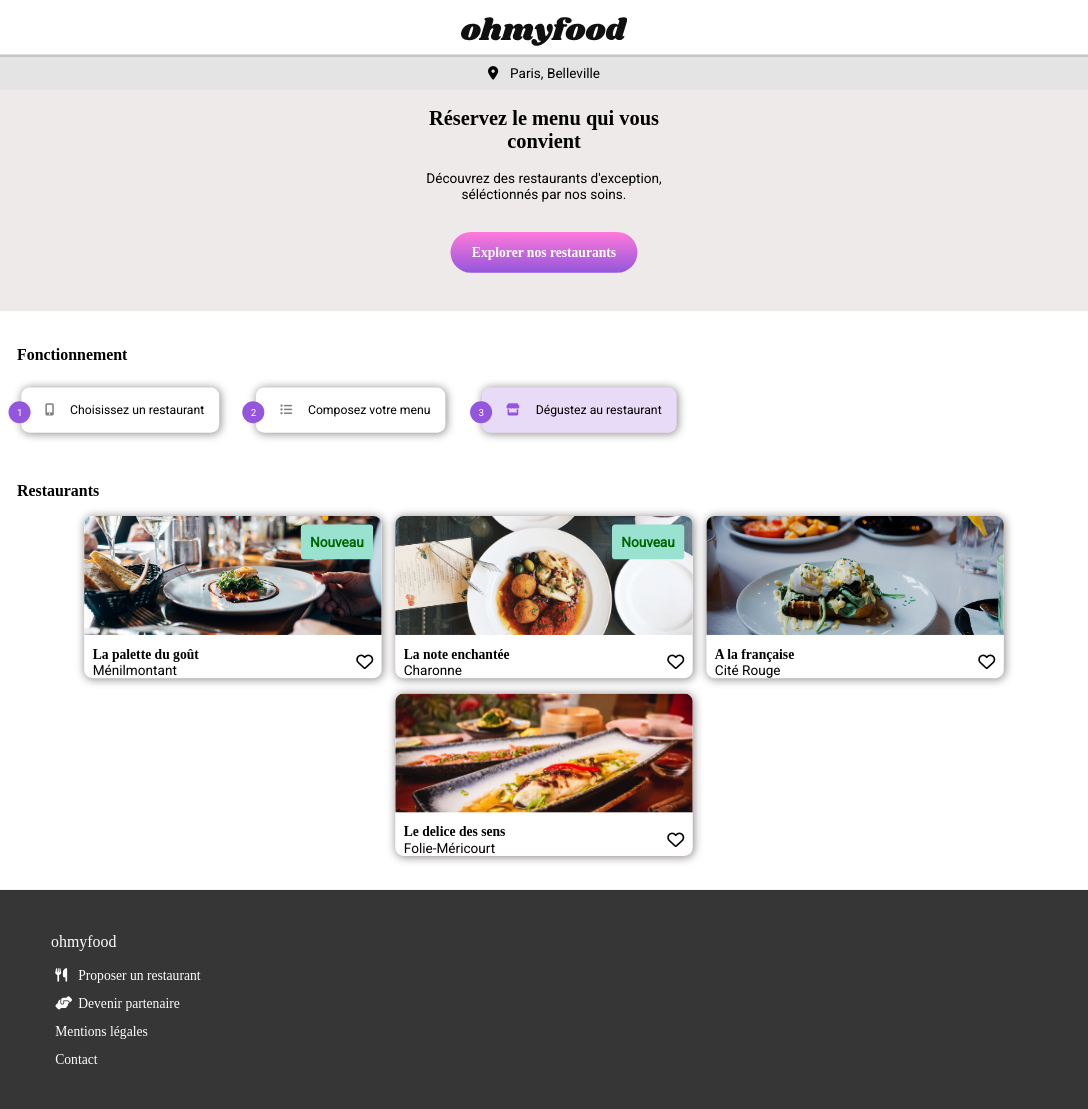
Repository: Micka-17/boimickael_3_16042021
Page: index.html
An editor plug-in stored every save of this project. The page is shown before and after the next save, followed by the edit.
The browser window is 1280 px wide. The pictures show the whole page, at 85% of full size.
Some web fonts or font styles are not loaded; a fallback is used. Some web libraries are served in a nearby version. The style sheet was rebuilt from its Sass, Less or Tailwind sources for each picture, by a compiler version that may differ from the author's.

Above is the page before, as saved 2021-05-25 08:52:24.

After the next save:
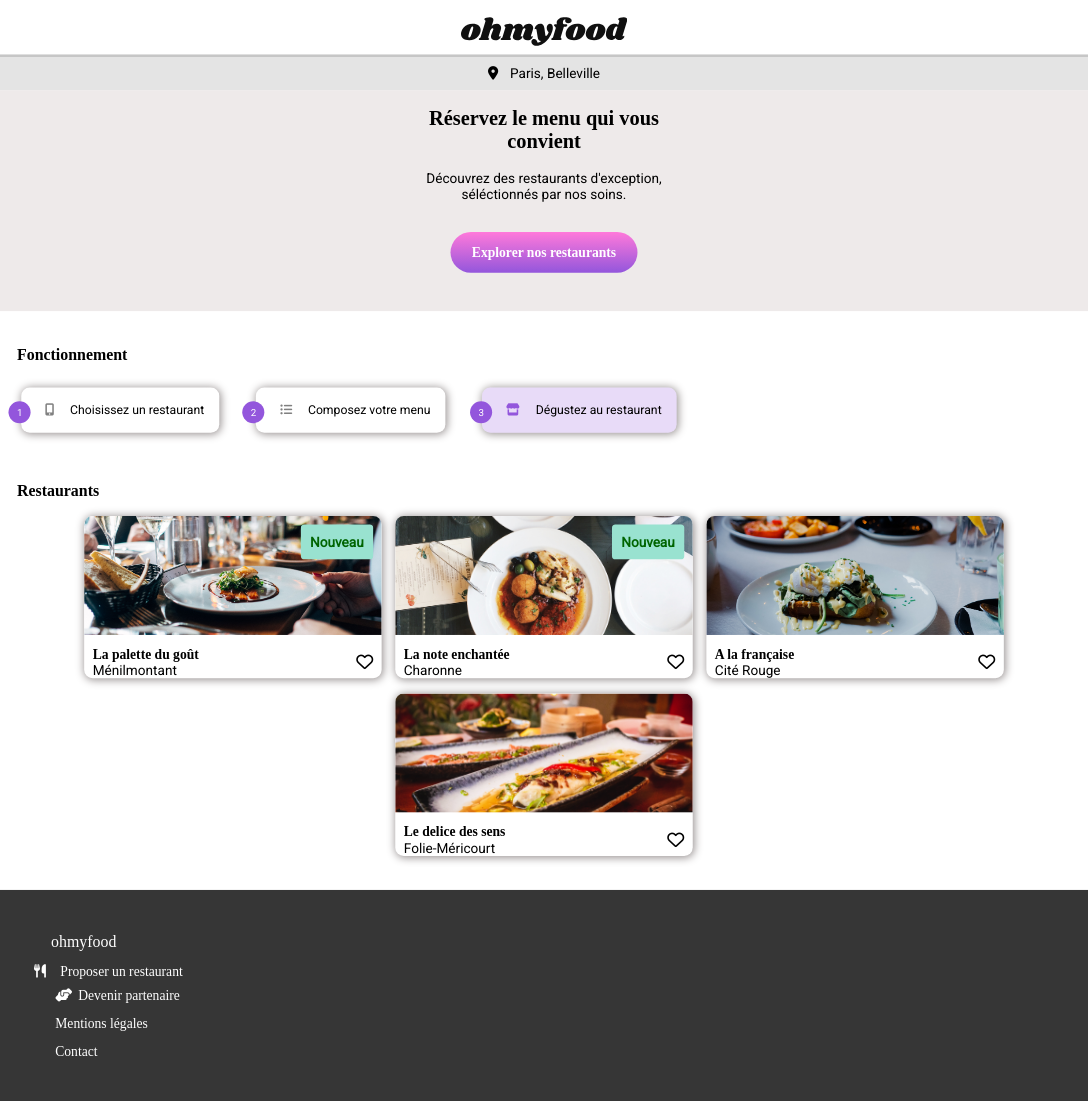
Saved 15 s later.
--- a/index.html
+++ b/index.html
@@ -112,7 +112,7 @@
             <div class="end-ul">
                 <h3 id="logo-white">ohmyfood</h3>
                 <div>
-                    <li><i class="fas fa-utensils icon-footer"></i> Proposer un restaurant</li>
+                    <p></p><i class="fas fa-utensils icon-footer"></i> Proposer un restaurant</li>
                     <li><i class="fas fa-hands-helping icon-footer"></i> Devenir partenaire</li>
                     <li>Mentions légales</li>
                     <a id="contact" href="mailto:contact@ohmyfood.com"><li>Contact</li></a>
